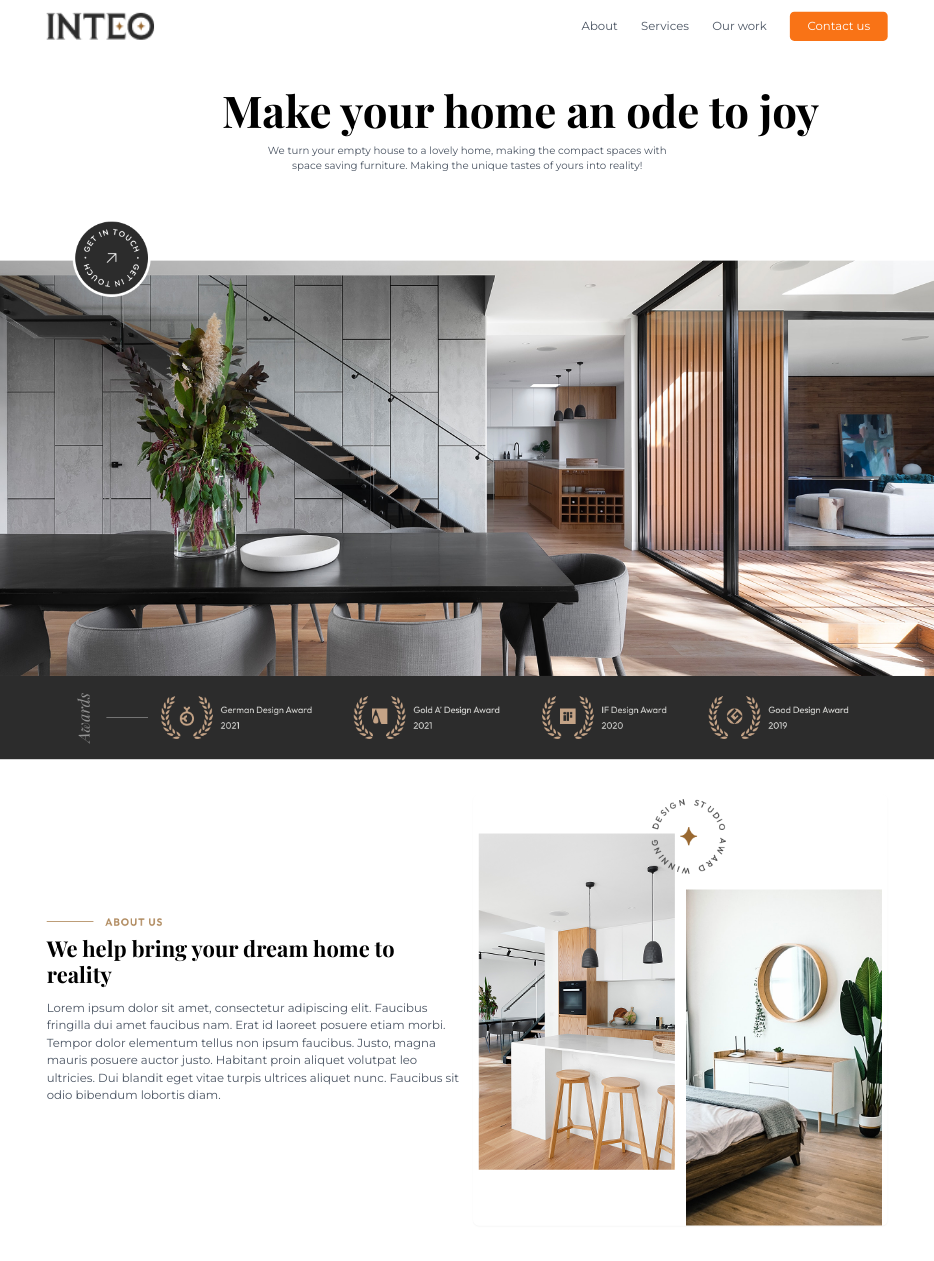
Repository: CatherinneJ/responsive-tailwind-website
Page: tailwind.html
The author's editor kept a copy of each file at every save. The page is drawn from the files as they stood at one save, then again after the next save.
The browser window is 1280 px wide. The pictures show the whole page, at 73% of full size.
Some web libraries are served in a nearby version.

Above is the page before, as saved 2025-05-20 20:41:50.
Not found: Assets/Award4.png
Not found: Assets/Awards2.png
Not found: Assets/Awards3.png

### tailwind.html
<!DOCTYPE html>
<html lang="en">
<head>
    <meta charset="UTF-8">
    <meta name="viewport" content="width=device-width, initial-scale=1.0">
    <title>NTEO - Make your home an ode to joy</title>
    <script src="https://cdn.tailwindcss.com"></script>
    <link href="https://fonts.googleapis.com/css2?family=Playfair+Display:wght@400;700&family=Montserrat:wght@300;400;500;600&display=swap" rel="stylesheet">
    <style>
        .font-playfair {
            font-family: 'Playfair Display', serif;
        }
        body {
            font-family: 'Montserrat', sans-serif;
        }
    </style>
</head>
<body class="bg-white">
    <header class="py-3 px-4 sm:py-4 sm:px-6 lg:px-16">
        <nav class="flex justify-between items-center">
            <img src="./Assets/Logo.png" alt="logo" class="h-8 sm:h-10">
            <ul class="flex space-x-4 sm:space-x-6 md:space-x-8 items-center">
                <li class="hidden sm:inline-block text-gray-600 hover:text-black text-sm sm:text-base">About</li>
                <li class="hidden sm:inline-block text-gray-600 hover:text-black text-sm sm:text-base">Services</li>
                <li class="hidden md:inline-block text-gray-600 hover:text-black text-sm sm:text-base">Our work</li>
                <li class="bg-orange-500 text-white px-4 py-1 sm:px-6 sm:py-2 rounded-md hover:bg-orange-600 text-sm sm:text-base">Contact us</li>
            </ul>
        </nav>
    </header>
    <section class="flex flex-col items-center justify-center px-4 sm:px-6 lg:px-16 pt-6 pb-3 sm:pt-8 sm:pb-4 md:pt-12 md:pb-8 text-center">
        <h1 class="text-3xl sm:text-4xl md:text-5xl lg:text-6xl font-bold whitespace-normal sm:whitespace-nowrap font-playfair mb-3 sm:mb-4 max-w-2xl">
            Make your home an ode to joy
        </h1>

        <p class="text-base sm:text-lg md:text-sm text-gray-600 mb-6 sm:mb-8 max-w-md sm:max-w-xl">
            We turn your empty house to a lovely home, making the compact spaces with space saving furniture. Making the unique tastes of yours into reality!
        </p>
    </section>

    <section class="mt-0">
        <img src="./Assets/Creative.png" class="w-full sm:whitespace-wrap" alt="Creative">
    </section>

   <section id="awards" class="mt-0">
    <!-- Versión horizontal para laptop (nowrap) -->
    <img src="./Assets/Awards.png" class="w-full hidden lg:block" alt="awards">

    <!-- Versión adaptable para tablet y móvil -->
    <div class="lg:hidden grid grid-cols-1 sm:grid-cols-2 gap-4 px-4 sm:px-6">
        <img src="./Assets/Awards1.png" class="w-full" alt="award1">
        <img src="./Assets/Awards2.png" class="w-full" alt="award2">
        <img src="./Assets/Awards3.png" class="w-full" alt="award3">
        <img src="./Assets/Award4.png" class="w-full" alt="award4">
    </div>
</section>

    <section class="flex flex-col md:flex-row items-center gap-3 sm:gap-4 px-4 sm:px-6 lg:px-16 py-6 sm:py-8 md:py-12">
        <div class="md:w-1/2 order-2 md:order-1 mt-4 md:mt-0">

            <img src="./Assets/Eyebrow.png" class="mb-2 h-6 sm:h-4 md:h-5" alt="About us">

            <h2 class="text-xl sm:text-2xl md:text-3xl font-playfair font-bold mb-3 sm:mb-4">
                We help bring your dream home to reality
            </h2>
            <p class="text-gray-600 text-sm sm:text-base">
                Lorem ipsum dolor sit amet, consectetur adipiscing elit. Faucibus fringilla dui amet faucibus nam. Erat id laoreet posuere etiam morbi. Tempor dolor elementum tellus non ipsum faucibus. Justo, magna mauris posuere auctor justo. Habitant proin aliquet volutpat leo ultricies. Dui blandit eget vitae turpis ultrices aliquet nunc. Faucibus sit odio bibendum lobortis diam.
            </p>
        </div>
        <div class="md:w-1/2 order-1 md:order-2">
            <img src="./Assets/Section.png" alt="Home design" class="w-full rounded-lg shadow-sm">
        </div>
    </section>
</body>
</html>

After the next save:
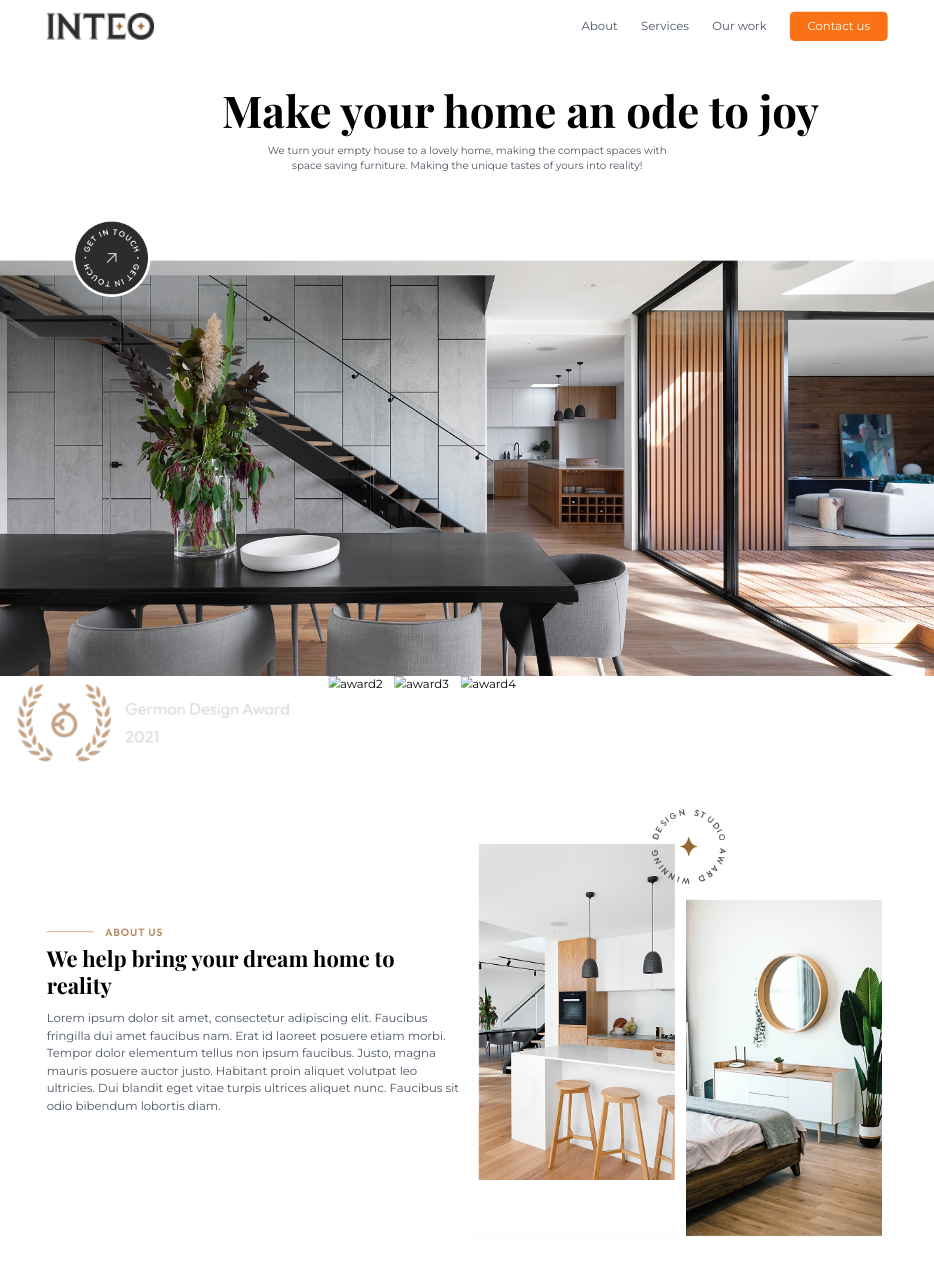
Not found: Assets/Awards4.png
Saved 2 min 6 s later.
--- a/tailwind.html
+++ b/tailwind.html
@@ -41,16 +41,20 @@
         <img src="./Assets/Creative.png" class="w-full sm:whitespace-wrap" alt="Creative">
     </section>
 
-   <section id="awards" class="mt-0">
-    <!-- Versión horizontal para laptop (nowrap) -->
-    <img src="./Assets/Awards.png" class="w-full hidden lg:block" alt="awards">
-
-    <!-- Versión adaptable para tablet y móvil -->
-    <div class="lg:hidden grid grid-cols-1 sm:grid-cols-2 gap-4 px-4 sm:px-6">
-        <img src="./Assets/Awards1.png" class="w-full" alt="award1">
-        <img src="./Assets/Awards2.png" class="w-full" alt="award2">
-        <img src="./Assets/Awards3.png" class="w-full" alt="award3">
-        <img src="./Assets/Award4.png" class="w-full" alt="award4">
+  <section id="awards" class="mt-0 px-4 sm:px-6">
+    <div class="grid grid-cols-1 sm:grid-cols-2 lg:flex lg:flex-nowrap lg:overflow-x-auto lg:gap-0 lg:space-x-4">
+        <img src="./Assets/Awards1.png"
+             class="w-full lg:w-auto lg:h-32 lg:flex-none"
+             alt="award1">
+        <img src="./Assets/Awards2.png"
+             class="w-full lg:w-auto lg:h-32 lg:flex-none"
+             alt="award2">
+        <img src="./Assets/Awards3.png"
+             class="w-full lg:w-auto lg:h-32 lg:flex-none"
+             alt="award3">
+        <img src="./Assets/Awards4.png"
+             class="w-full lg:w-auto lg:h-32 lg:flex-none"
+             alt="award4">
     </div>
 </section>
 
